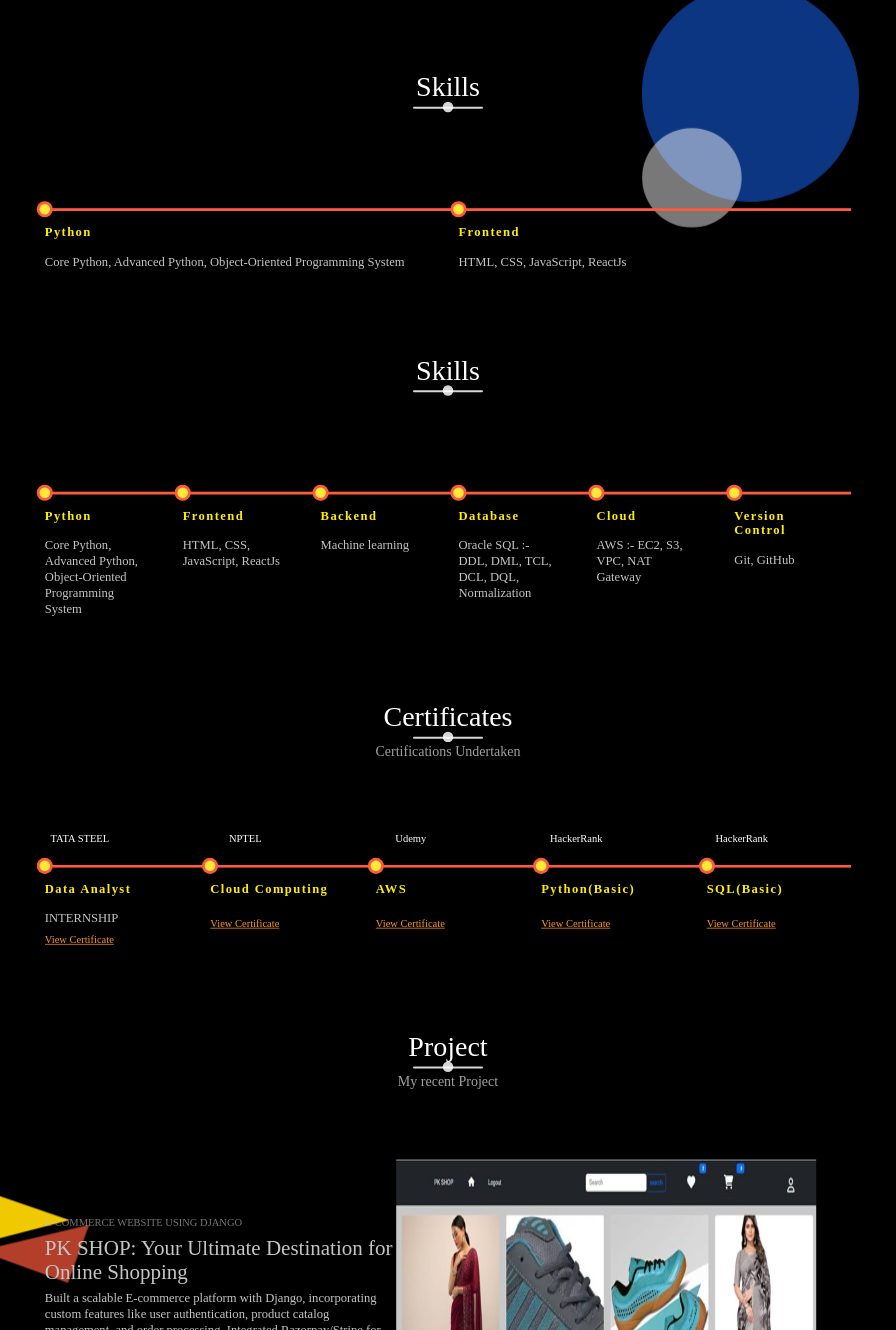
Repository: purushottam7660/Portfolio
Page: index.html
These files come from the project's save history. The page is drawn as it stood at one moment and after the next save; the edit follows.
The browser window is 1280 px wide. The pictures show the part of the page from y = 1169 to 3069 px (the page is 6859 px tall before and 6793 px after), at 70% of full size.
A picture or video elsewhere on the page could not be fetched, so the positions and the page height are approximate. Some web fonts or font styles are not loaded; a fallback is used.

Above is the page before, as saved 2025-08-16 12:30:13.

After the next save:
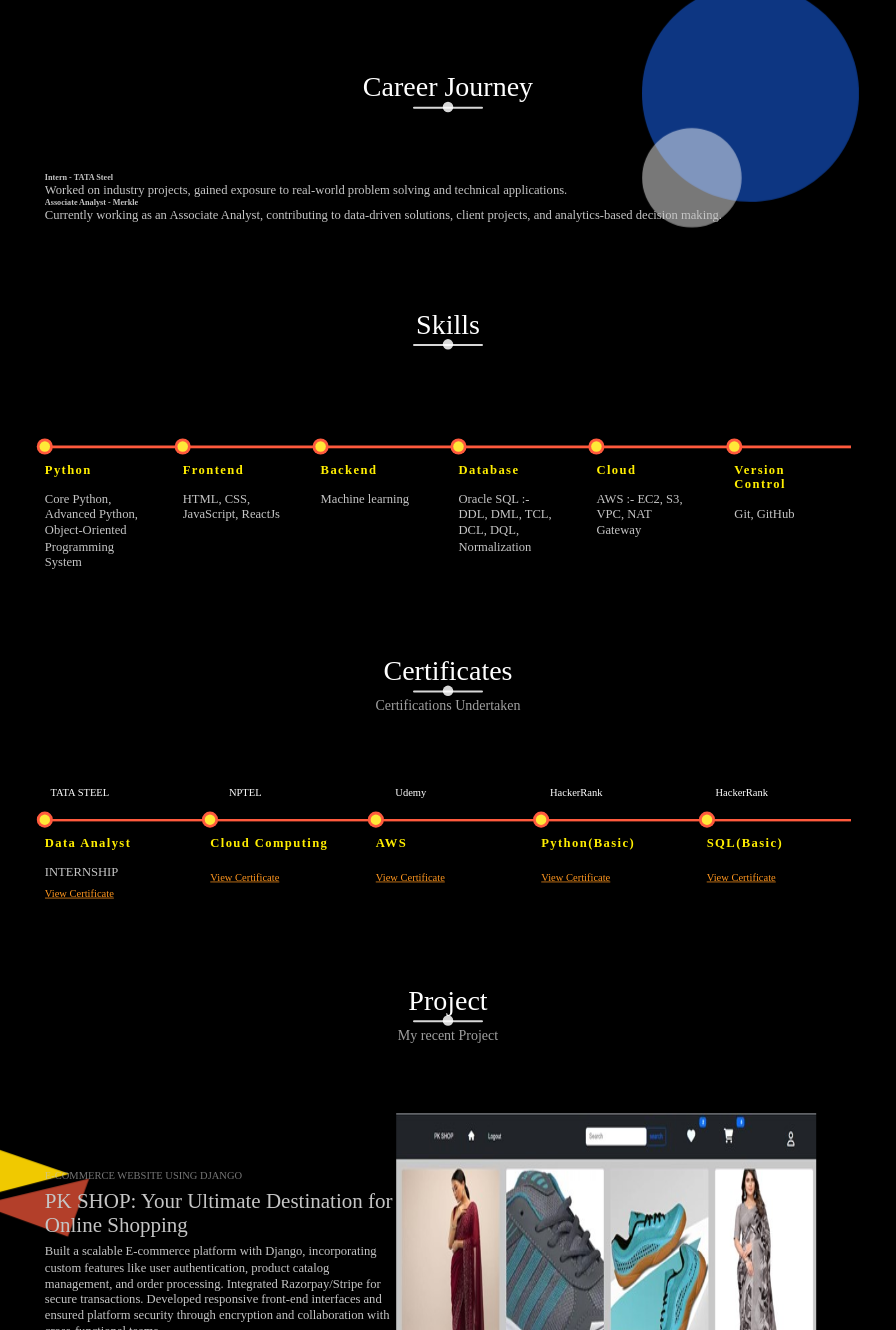
Saved 2 min 20 s later.
--- a/index.html
+++ b/index.html
@@ -150,28 +150,28 @@
 
         </div>
     </section>
-    <section class="skills" id="skills">
+    <section class="career" id="career">
         <div class="container">
             <div class="section-heading">
-                <h1>Skills</h1>
-                <!-- <h6>My Python Full Stack Development Skills</h6> -->
-            </div>
-
-            <div class="my-skills">
-                <div class="skill" data-aos="fade-right" data-aos-delay="300ms">
-                    <h3>Python</h3>
-                    <p>Core Python, Advanced Python, Object-Oriented Programming System</p>
-                </div>
-                <div class="skill" data-aos="fade-right" data-aos-delay="600ms">
-                    <h3>Frontend</h3>
-                    <p>HTML, CSS, JavaScript, ReactJs</p>
-                </div>
-
-
-
+                <h1>Career Journey</h1>
+                <!-- <h6>My Professional Experience</h6> -->
+            </div>
+
+            <div class="my-career">
+                <div class="career-item" data-aos="fade-right" data-aos-delay="300ms">
+                    <h3>Intern - TATA Steel</h3>
+                    <p>Worked on industry projects, gained exposure to real-world problem solving and technical
+                        applications.</p>
+                </div>
+                <div class="career-item" data-aos="fade-right" data-aos-delay="600ms">
+                    <h3>Associate Analyst - Merkle</h3>
+                    <p>Currently working as an Associate Analyst, contributing to data-driven solutions, client projects,
+                        and analytics-based decision making.</p>
+                </div>
             </div>
         </div>
     </section>
+
 
     <section class="skills" id="skills">
     <div class="container">
